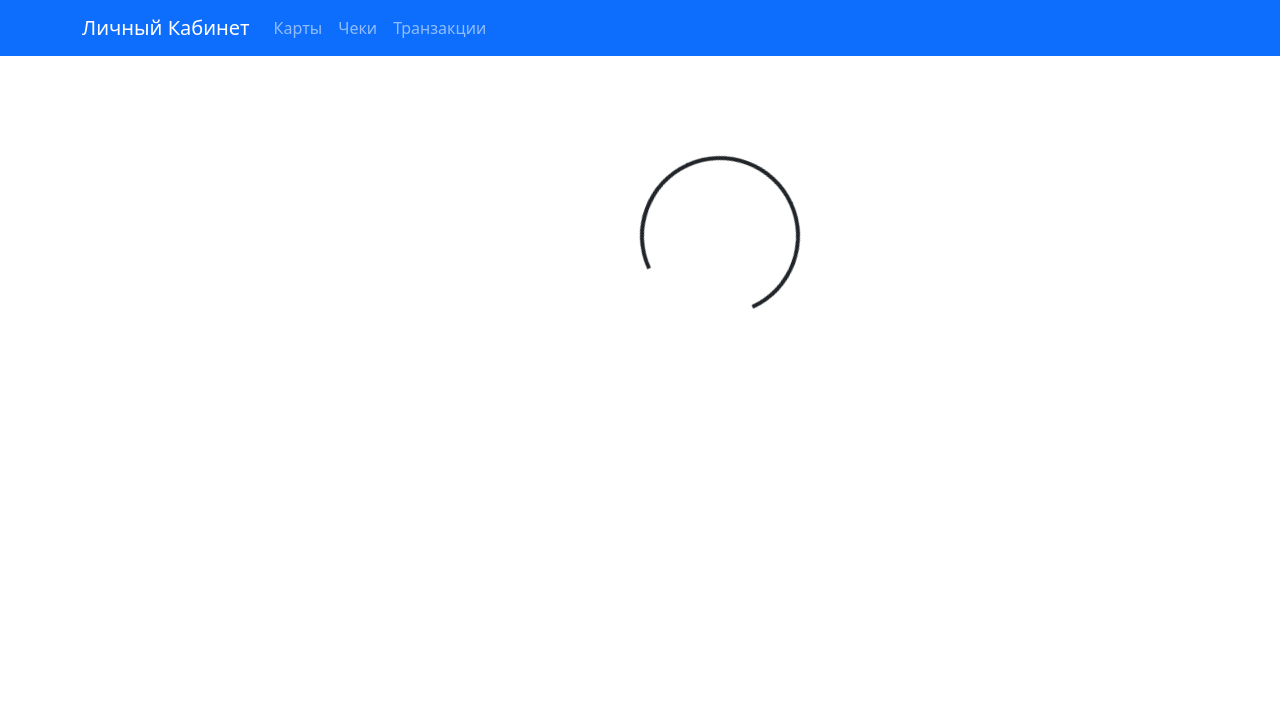
Repository: PGVlasov/cardTask
Page: /
These files come from the project's save history. The page is drawn as it stood at one moment and after the next save; the edit follows.
The browser window is 1280 px wide. The pictures show the whole page.
The page's requests for data from a server got no answer. The project was rebuilt for these pictures with package versions that can differ from the ones it lists, and the page was loaded fresh each time. No one was signed in, and anything a server would have sent is missing. Also part of the build but not shown: src/components/cards/CardItem.js, src/pages/CheckPage.js, src/pages/TransactionsPage.js, src/components/cards/CardComponent.js, src/pages/CardPage.js.

Above is the page before, as saved 2022-06-04 12:20:17.

After the next save:
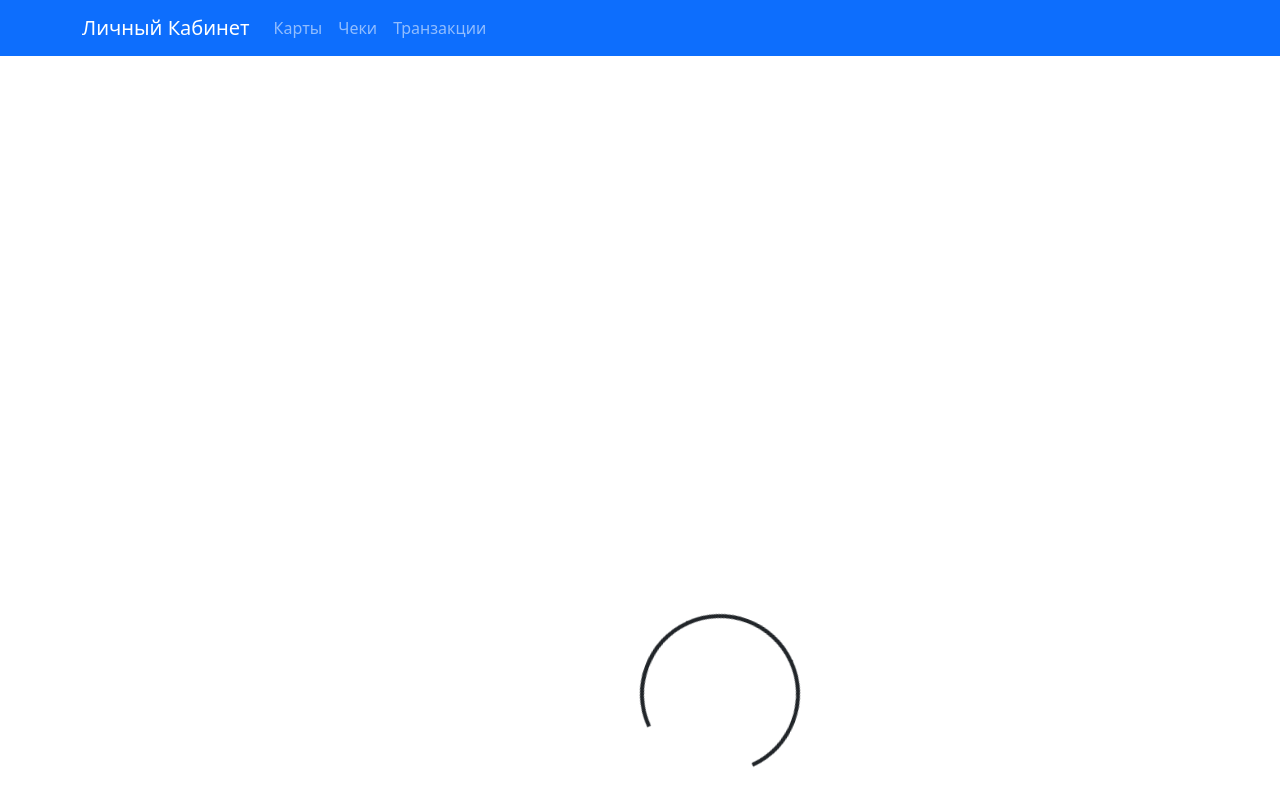
Saved 74 s later.
--- a/src/components/Loader.js
+++ b/src/components/Loader.js
@@ -8,7 +8,7 @@
       style={{
         width: "10rem",
         height: "10rem",
-        marginTop: "100px",
+        marginTop: "50%",
         marginLeft: "50%",
       }}
     >

After the save that followed:
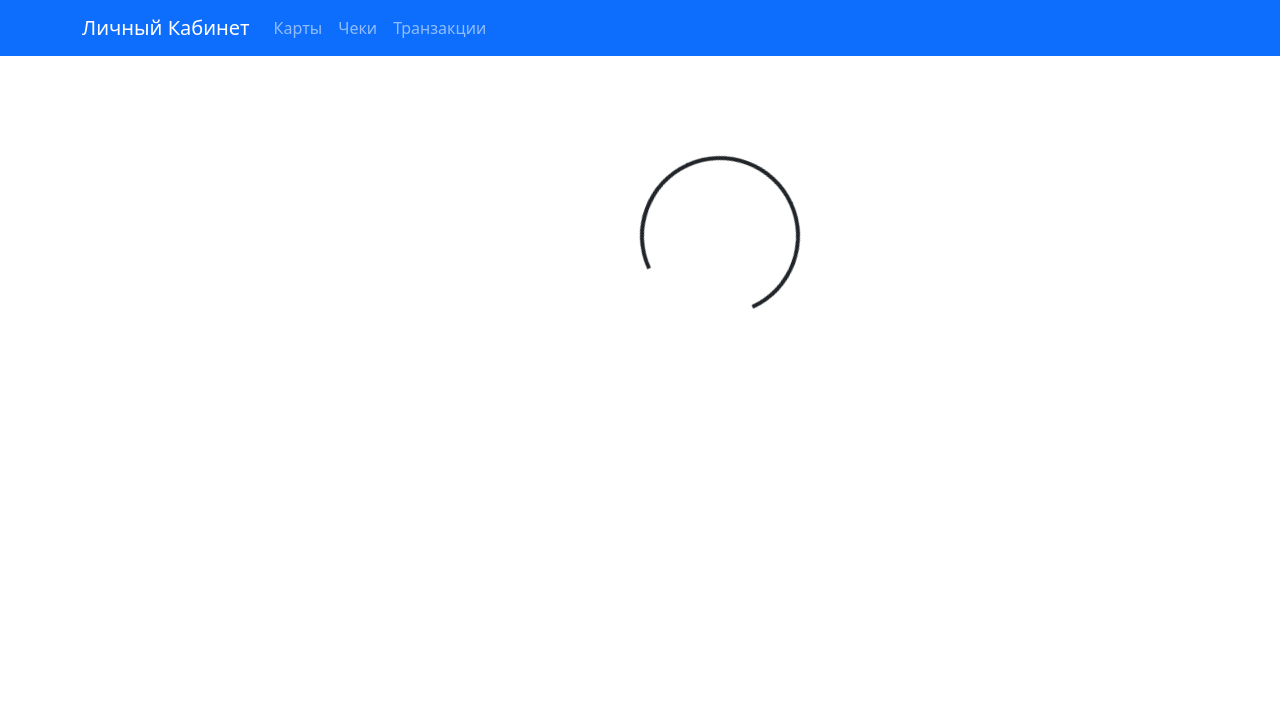
Saved 10 s later.
--- a/src/components/Loader.js
+++ b/src/components/Loader.js
@@ -8,7 +8,7 @@
       style={{
         width: "10rem",
         height: "10rem",
-        marginTop: "50%",
+        marginTop: "100px",
         marginLeft: "50%",
       }}
     >
